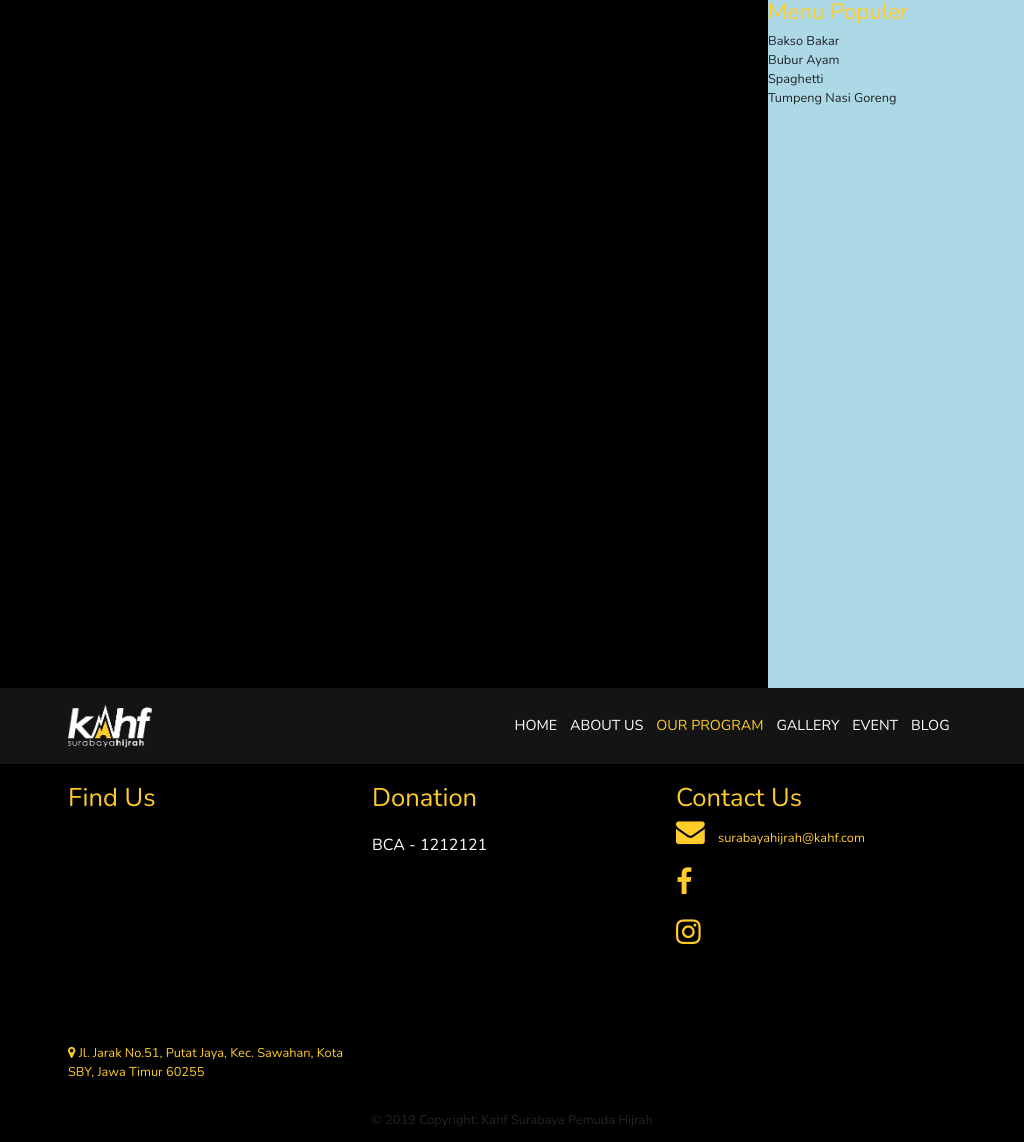
Repository: shandytp/surabaya-hijrah
Page: http://localhost/ourprogram.php
The author's editor kept a copy of each file at every save. The page is drawn from the files as they stood at one save, then again after the next save.
The browser window is 1280 px wide. The pictures show the whole page, at 80% of full size.
Pictures or frames that could not be fetched are drawn as grey boxes. Some web libraries are served in a nearby version. The page is run by PHP 8.4 with error messages shown; the project is at /var/www/html/.

Above is the page before, as saved 2019-08-20 16:13:05.
Console error: TypeError: Cannot read properties of undefined (reading 'fn')

After the next save:
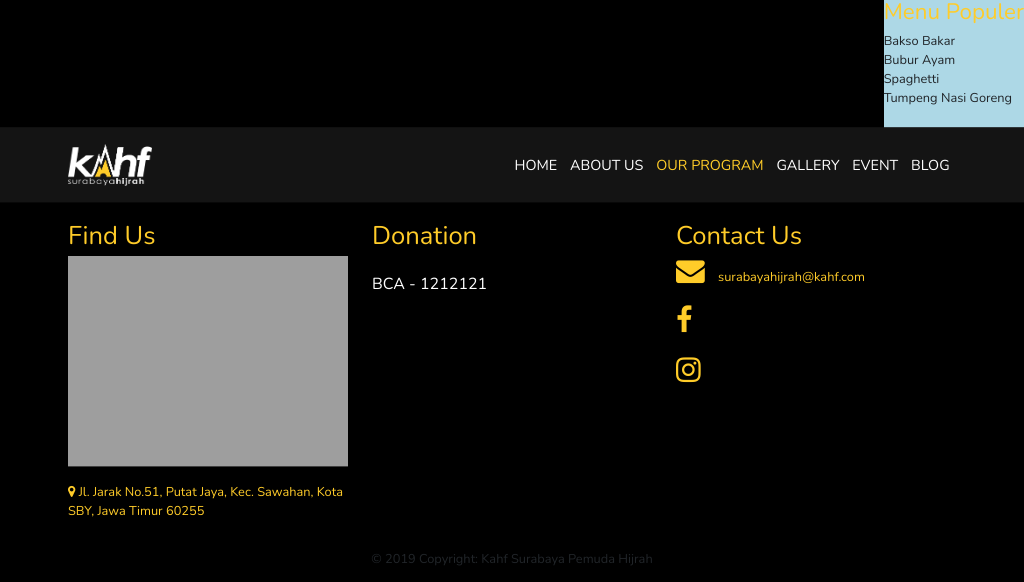
Saved 15 s later.
--- a/css/main.css
+++ b/css/main.css
@@ -22,8 +22,8 @@
 
 /*OUR PROGRAM...................................*/
 .kanan {
-  width: 25%;
-  height: 860px;
+  width: auto;
+  height: 100%;
   float: right;
   background: #add8e6;
 }
